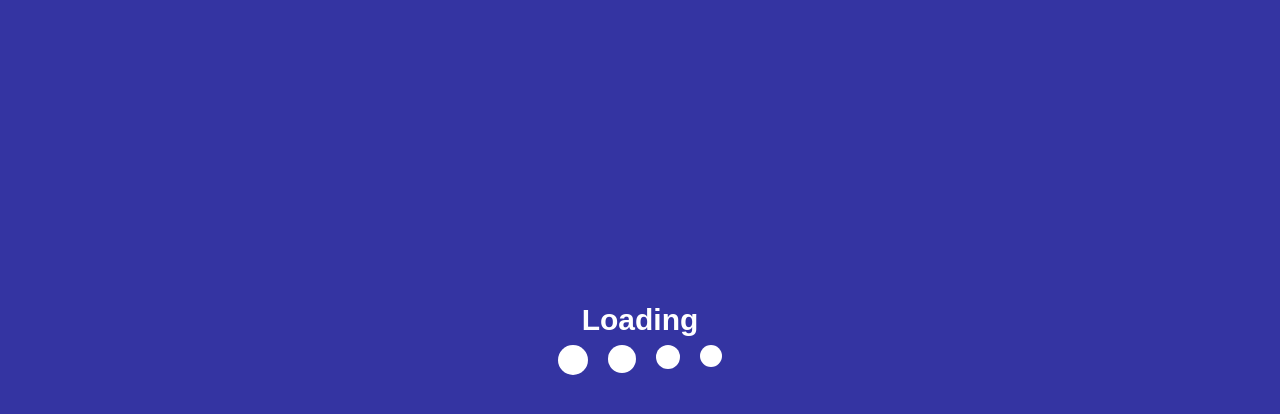
Repository: DevMike1993/100_Projects_HTML_CSS_JAVASCRIPT
Page: 02_Creative_Loading_Animation/index.html
An editor plug-in stored every save of this project. The page is shown before and after the next save, followed by the edit.
The browser window is 1280 px wide. The pictures show the whole page.

Above is the page before, as saved 2023-11-26 17:36:39.

### 02_Creative_Loading_Animation/index.html
<!DOCTYPE html>
<html lang="en">
<head>
    <meta charset="UTF-8">
    <meta name="viewport" content="width=device-width, initial-scale=1.0">
    <title>Loading Animation</title>
    <link rel="stylesheet" href="style.css">
</head>
<body>
    <section class="wrapper">
        <div class="loader">
            <div class="loading one"></div>
            <div class="loading two"></div>
            <div class="loading three"></div>
            <div class="loading four"></div>
        </div>
        <section class="content">
            <h1>Loading</h1>
        </section>
    </section>
</body>
</html>

### 02_Creative_Loading_Animation/style.css
*{
    margin: 0;
    padding: 0;
    box-sizing: border-box;
    font-family: sans-serif;
}

body{
    background: #00008bcb;
}

.wrapper{
    display: flex;
    justify-content: center;
    align-items: center;
    min-height: 100vh;
}

.content{
    text-align: center;
    position: absolute;
    margin-top: -80px;
}

.content h1{
    font-size: 30px;
    color: #fff;
    font-weight: 600;
    transition: 0.5s;
}

.content h1:hover{
        -webkit-text-stroke: 2px white;
        color: transparent;
}


.wrapper .loader{
    display: flex;
    justify-content: space-evenly;
    padding:  20px;
}

.loader .loading{
    background: #fff;
    width: 30px;
    height: 30px;
    border-radius: 50px;
    margin: 0 10px;
    animation: load 0.8s ease infinite;
}

.loader .loading.one{
    animation-delay: 0.3s;
}

.loader .loading.two{
    animation-delay: 0.4s;
}

.loader .loading.three{
    animation-delay: 0.5s;
}

@keyframes load {
    0% {
        width: 30px;
        height: 30px;
    }
    50%{
        width: 20px;
        height: 20px;
    }
}

After the next save:
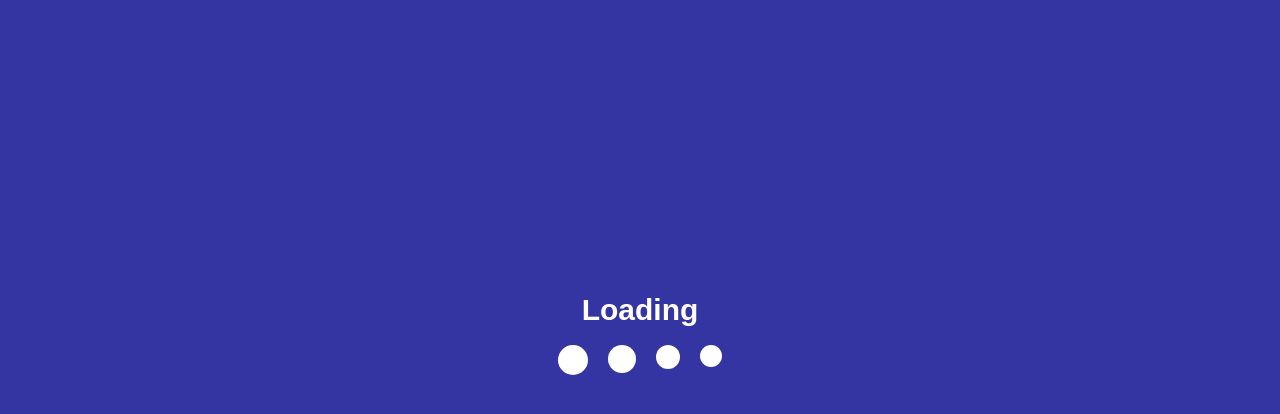
Saved 2 min 22 s later.
--- a/02_Creative_Loading_Animation/style.css
+++ b/02_Creative_Loading_Animation/style.css
@@ -19,7 +19,7 @@
 .content{
     text-align: center;
     position: absolute;
-    margin-top: -80px;
+    margin-top: -100px;
 }
 
 .content h1{

After the save that followed:
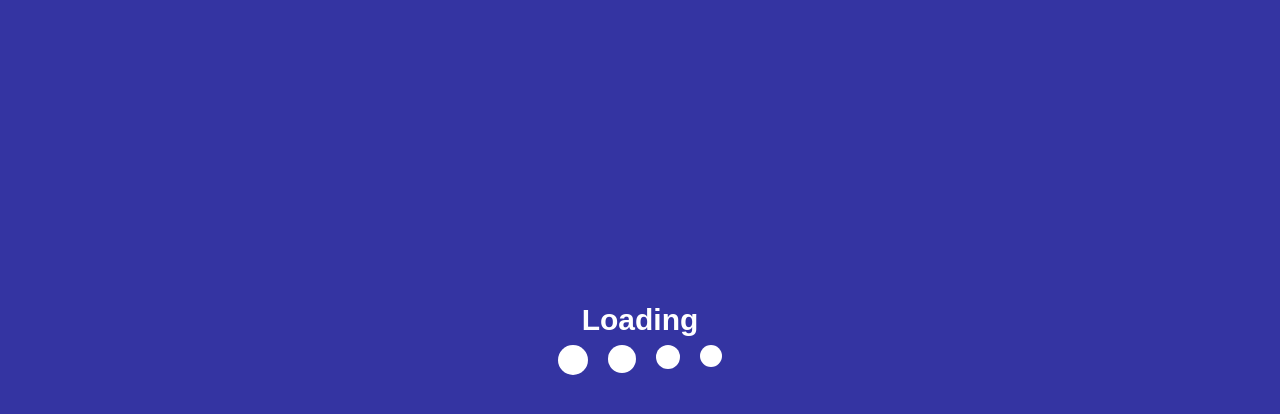
Saved 4 s later.
--- a/02_Creative_Loading_Animation/style.css
+++ b/02_Creative_Loading_Animation/style.css
@@ -19,7 +19,7 @@
 .content{
     text-align: center;
     position: absolute;
-    margin-top: -100px;
+    margin-top: -80px;
 }
 
 .content h1{
